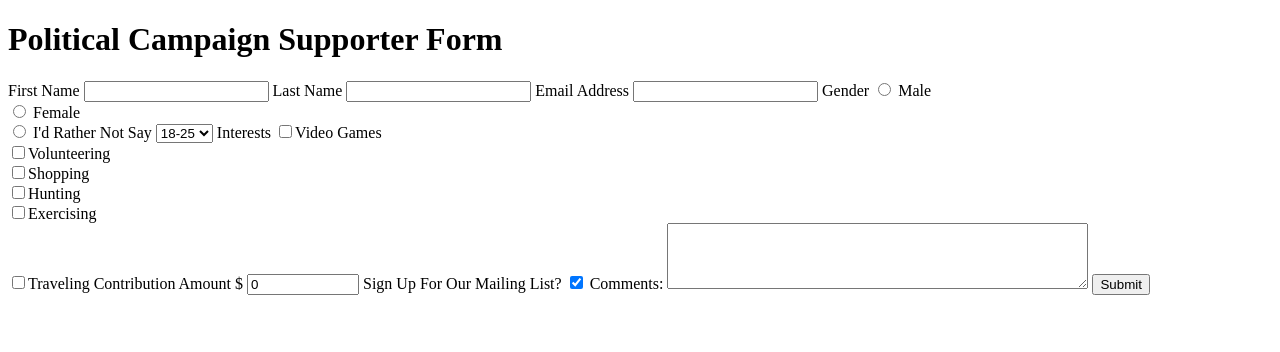
Repository: ryanaanderson0/COSW30
Page: Homework/Homework2/contact.html
The author's editor kept a record of every edit. The page is drawn from the files as they stood at one moment, then again after the next edit.
The browser window is 1280 px wide. The pictures show the whole page.

Above is the page before.

### Homework/Homework2/contact.html
<!DOCTYPE html>
<html>
    <meta charset="utf-8">
    <head>
        <title>Homework 2:Political Campaign Supporter Form</title>
    </head>
    <body>
        <h1>Political Campaign Supporter Form</h1>

        <form method="POST" action="process_contact.php">

        <label>First Name</label>
        <input type="text" id="first_name" name="first_name" required>

        <label>Last Name</label>
        <input type="text" id="last_name" name="last_name" required>

        <label>Email Address</label>
        <input type="email" id="email" name="email" required>

        <label>Gender</label>
        <input type="radio" id="gender" name="gender" value="male" required> Male<br>
        <input type="radio" id="gender" name="gender" value="Female" required> Female<br>
        <input type="radio" id="gender" name="gender" value="Unspecified" required> I'd Rather Not Say

        <select id="age" required>
            <option value="18-25" name="age1">18-25</option>
            <option value="26-35">26-35</option>
            <option value="35-45">35-45</option>
            <option value="46+">46+</option>
        </select>

        <label>Interests</label>
        <input type="checkbox" id="interests" name="interest[]" value="video_games">Video Games<br>
        <input type="checkbox" id="interests" name="interest[]" value="volunteering">Volunteering<br>
        <input type="checkbox" id="interests" name="interest[]" value="shopping">Shopping<br>
        <input type="checkbox" id="interests" name="interest[]" value="hunting">Hunting<br>
        <input type="checkbox" id="interests" name="interest[]" value="exercising">Exercising<br>
        <input type="checkbox" id="interests" name="interest[]" value="traveling">Traveling

        <label>Contribution Amount $</label>
        <input type="number" id="contribution" name="quantity" min="0" max="100000000" value="0">

        <label>Sign Up For Our Mailing List?</label>
        <input type="checkbox" id="mailing_list" name="mailing_list" value="yes" checked>

        <label>Comments:</label>
        <textarea rows="4" cols="50" name="comments">
        </textarea>

        <button>Submit</button>



        </form>
    </body>
</html>

After the next edit:
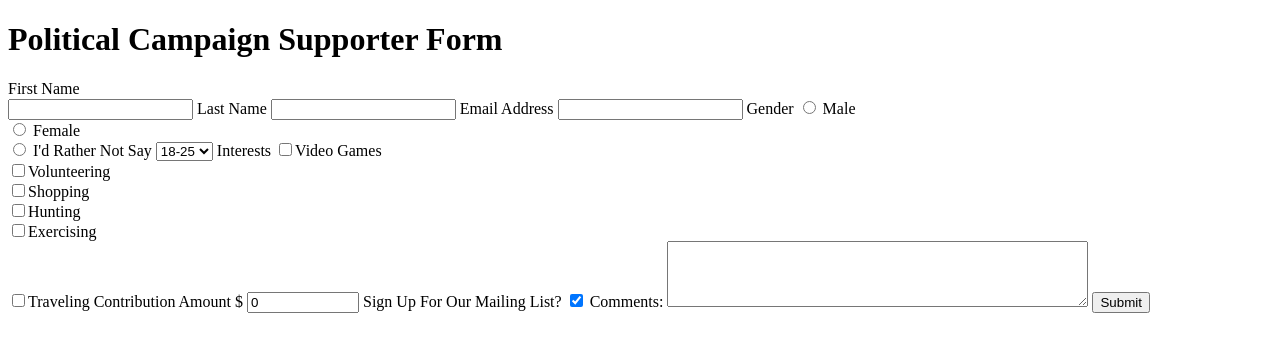
The edit:
--- a/Homework/Homework2/contact.html
+++ b/Homework/Homework2/contact.html
@@ -9,7 +9,7 @@
 
         <form method="POST" action="process_contact.php">
 
-        <label>First Name</label>
+        <label>First Name</label> <br>
         <input type="text" id="first_name" name="first_name" required>
 
         <label>Last Name</label>
